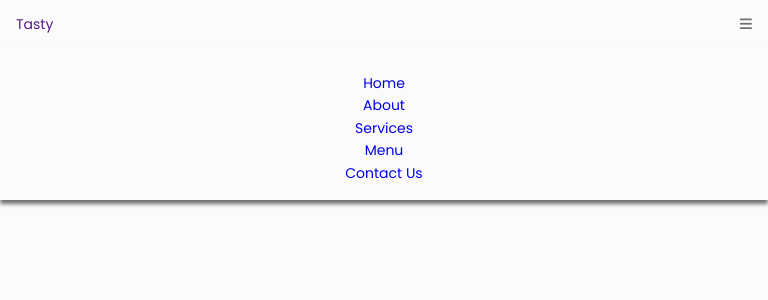
Repository: dinhhaidh/Tasty
Page: index.html
These files come from the project's save history. The page is drawn as it stood at one moment and after a run of saves; the edit follows.
The browser window is 768 px wide. The pictures show the whole page.

Above is the page before, as saved 2023-12-30 21:15:23.

### index.html
<!DOCTYPE html>
<html lang="en">
<head>
    <meta charset="UTF-8">
    <meta name="viewport" content="width=device-width, initial-scale=1.0">
    <title>Document</title>
    <!-- <link href='https://unpkg.com/boxicons@2.1.4/css/boxicons.min.css' rel='stylesheet'> -->
    <link rel="stylesheet" href="https://cdnjs.cloudflare.com/ajax/libs/font-awesome/6.5.1/css/all.min.css">
    <link rel="stylesheet" href="style.css">

</head>
<body>
    <header class="l-header" id="header">
        <nav class="nav bd-container">
            <a href="" class="nav__logo">Tasty</a>

            <div class="nav__menu" id="nav-menu">
                <ul class="nav__list">
                    <li class="nav__item"><a href="#home" class="nav__link">Home</a></li>
                    <li class="nav__item"><a href="#about" class="nav__link">About</a></li>
                    <li class="nav__item"><a href="#services" class="nav__link">Services</a></li>
                    <li class="nav__item"><a href="#menu" class="nav__link">Menu</a></li>
                    <li class="nav__item"><a href="#contact" class="nav__link">Contact Us</a></li>
                </ul>
            </div>
            <div class="nav__toggle" id="nav-toggle">
                <!-- <box-icon name='menu'></box-icon> -->
                <i class="fa-solid fa-bars"></i>
            </div>
        </nav>
    </header>
    <header class="l-main"></header>
    <footer class="footer section bd-container">

    </footer>
    <!-- <script src="https://unpkg.com/scrollreveal"></script> -->
    <script src="https://code.jquery.com/jquery-3.7.1.js"></script>
    <script src="./js/main.js"></script>
</body>
</html>

### style.css
@import url('https://fonts.googleapis.com/css2?family=Poppins:wght@400;500;600&display=swap');

:root{
    --header-height: 3rem;

    --frist-color: ##069c54;
    --frist-color-alt: #048654;
    --title-color: #393939;
    --text-color: #707070;
    --text-color-light: #a6a6a6;
    --body-color: #fbfbfb;
    --container-color: #ffffff;


    /* font and typography */
    --body-font: 'Poppins', sans-serif;;
    --biggest-font-size: 2.25rem;
    --h1-font-size: 1.5rem;
    --h2-font-size: 1.25rm;
    --h3-font-size: 1rem;
    --nomal-font-size: .938rem;
    --smaller-font-size: .75rem;


    /* font weight */
    --font-medium: 500;
    --font-semi-bold: 600;

    /* margin */
    --mb-1: 5rem;
    --mb-2: 1rem;
    --mb-3: 1.5rem;
    --mb-4: 2rem;
    --mb-5: 2.5rem;
    --mb-6: 3rem;

    --z-tooltip: 10;
    --z-fixed: 100;

}
@media screen and (min-width: 768px) {
    :root{
        --biggest-font-size: 4rem;
        --h1-font-size: 2.5rem;
        --h2-font-size: 1.5rm;
        --h3-font-size: 1.25rem;
        --nomal-font-size: .875rem;
        --smaller-font-size: .813rem;
    }
}

/* base */
*,::before,::after{
    box-sizing: border-box;
}
html{
    scroll-behavior: smooth;
}
body{
    margin: var(--header-height) 0 0 0;
    font-family: var(--body-font);
    font-size: var(--nomal-font-size);
    background-color: var(--body-color);
    color: var(--text-color);
    line-height: 1.6;
}
h1,h2,h3,h3,p,ul{
    margin: 0;
}
ul{
    padding: 0;
    list-style: none;
}
a{
    text-decoration: none;
}
img{
    max-width: 100%;
    height: auto;
}

/* css */
.section{
    padding: 4rem 0 2rem;
}
.section-title, .section-subtitle{
    text-align: center;
}
.section-title{
    font-size: var(--h1-font-size);
    color: var(--title-color);
    margin-bottom: var(--mb-3);
}
.section-subtitle{
    display: block;
    color: var(--frist-color);
    font-weight: var(--font-medium);
    margin-bottom: var(--mb-1);
}

.bd-container{
    max-width: 960px;
    width: calc(100% - 2rem);
    margin-left: var(--mb-2);
    margin-right: var(--mb-2);
}
.bd-grid{
    display: grid;
    gap: 1.5rem;
}

.l-header{
    width: 100%;
    position: fixed;
    top: 0;
    left: 0;
    z-index: var(--z-fixed);
    background-color: var(--body-color);
}

.nav{
    max-width: 1024px;
    height: var(--header-height);
    display: flex;
    justify-content: space-between;
    align-items: center;
}

@media screen and (max-width: 768px) {
    .nav__menu{
        position: fixed;
        top: var(--header-height);
        left: 0;
        width: 100%;
        padding: 1.5rem 0 1rem;
        text-align: center;
        background-color: var(--body-color);
        transform: .4s;
        box-shadow: 0 4px 4px ;
    }
}

Loaded but not shown: js/main.js (no copy from this time; the picture is the same without it)

After the next 6 saves:
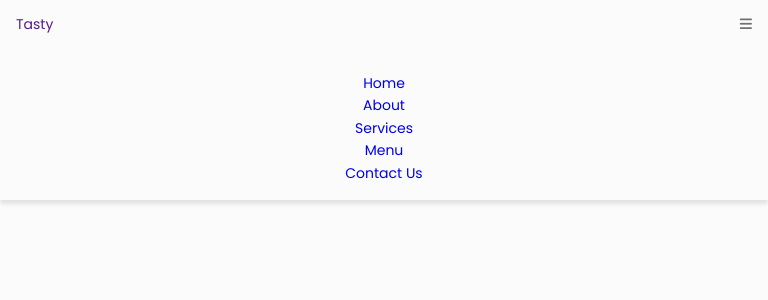
The 6 saves are shown as one change because they came seconds apart.
The last was saved 19 s later.
--- a/style.css
+++ b/style.css
@@ -136,6 +136,6 @@ img{
         text-align: center;
         background-color: var(--body-color);
         transform: .4s;
-        box-shadow: 0 4px 4px ;
+        box-shadow: 0 4px 4px rgba(0,0,0,.1);
     }
 }
